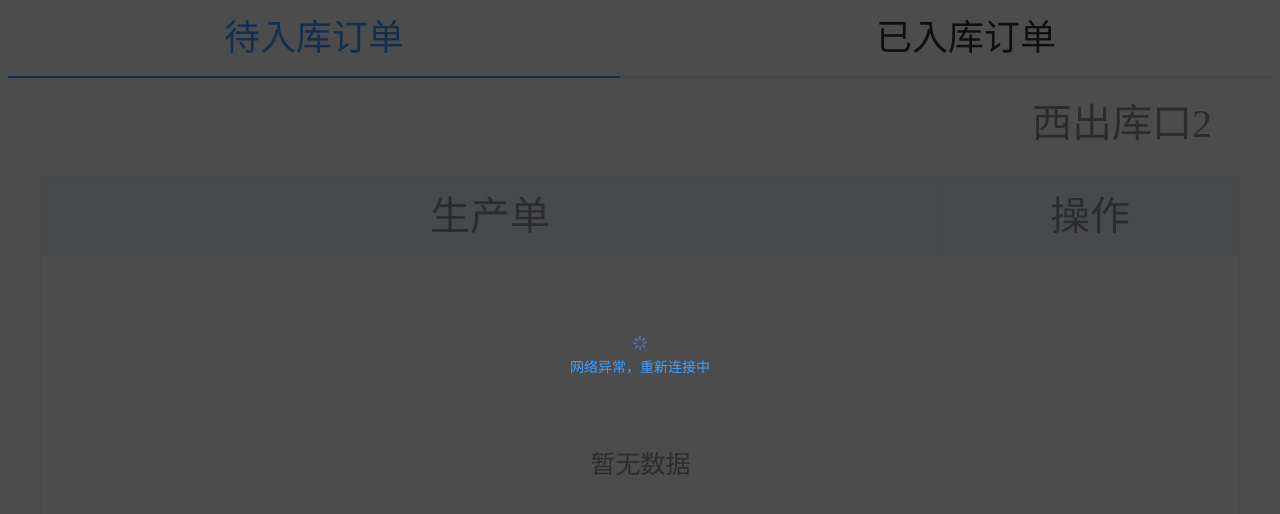
Repository: yaesass/yaesass
Page: /#/InStockDetail (app in scancode/)
These files come from the project's save history. The page is drawn as it stood at one moment and after the next save; the edit follows.
The browser window is 1280 px wide. The pictures show the whole page.
The page's requests for data from a server got no answer. The project was rebuilt for these pictures with package versions that can differ from the ones it lists, and the page was loaded fresh each time. No one was signed in, and anything a server would have sent is missing. Also part of the build but not shown: scancode/vue.config.js.

Above is the page before, as saved 2022-06-30 17:36:44.

After the next save:
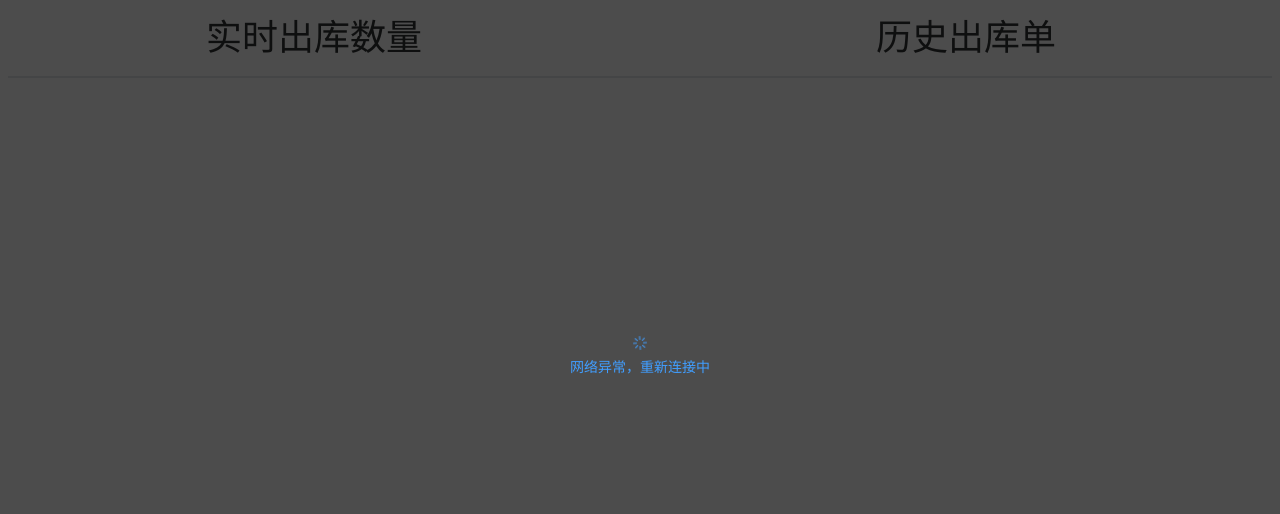
Saved 2 min 30 s later.
--- a/scancode/src/views/OutStock.vue
+++ b/scancode/src/views/OutStock.vue
@@ -1,9 +1,41 @@
 <template>
   <el-tabs v-model="activeName" @tab-click="handleClick">
-    <el-tab-pane label="待入库订单" class="counttable" name="待入库订单">
-      <div class="count">
-        <div class="counttxt">{{ Remarks }}</div>
+    <el-tab-pane label="实时出库数量" class="counttable" name="实时出库数量">
+      <div v-if="outcountkey" class="out" @click="AddOrderOut()">
+        <div class="btntxt">生成出库单</div>
       </div>
+      <div v-else>
+        <el-table
+          :data="list"
+          border
+          :header-cell-style="{
+            background: '#F3F4F7',
+            color: '#555',
+            height: '97px',
+          }"
+          :cell-style="{ padding: '0px' }"
+          :row-style="{ height: '97px' }"
+          style="font-size: 50px; width: 910px; margin: 0 auto"
+          ref="table"
+          height="450"
+        >
+          <el-table-column label="商品名称" style="heihgt: 97px" v-if="outkey">
+            <template slot-scope="scope">
+              <span v-html="scope.row.name"></span>
+            </template>
+          </el-table-column>
+          <el-table-column align="center" label="数量" width="323">
+            <template slot-scope="scope">
+              <div style="color: red">{{ scope.row.num }}</div>
+            </template>
+          </el-table-column>
+        </el-table>
+        <div class="zero" @click="zero()">
+          <div class="btntxt">完成出库</div>
+        </div>
+      </div>
+    </el-tab-pane>
+    <el-tab-pane label="历史出库单" class="counttable" name="历史出库单">
       <el-table
         :data="tableData"
         border
@@ -13,61 +45,18 @@
           color: '#909399',
           fontSize: '40px',
         }"
-        style="width: 95%; margin: 40px auto 0 auto; font-size: 25px"
+        style="width: 910px; margin: 40px auto; font-size: 25px"
         :cell-style="totalcellcolor"
-        height="500"
+        height="450"
         :row-style="{ height: '48px' }"
       >
-        <el-table-column align="center" label="生产单">
-          <template slot-scope="scope">
-            <span v-html="scope.row.product"></span>
-          </template>
+        <el-table-column align="center" prop="product" label="产品名称">
         </el-table-column>
-        <el-table-column align="center" label="操作" width="300px">
-          <template #default="{ row }">
-            <el-button
-              type="primary"
-              round
-              @click="ordercharge(row)"
-              style="font-size: 20px"
-            >
-              入库
-            </el-button>
-          </template>
+        <el-table-column align="center" prop="time" label="时间">
         </el-table-column>
-      </el-table>
-    </el-tab-pane>
-    <el-tab-pane label="已入库订单" class="counttable" name="已入库订单">
-      <el-table
-        :data="tableData"
-        border
-        :header-cell-style="{
-          background: '#F2F6FC',
-          height: '48px',
-          color: '#909399',
-          fontSize: '40px',
-        }"
-        style="width: 95%; margin: 20px auto 0 auto; font-size: 25px"
-        :cell-style="totalcellcolor"
-        height="550"
-        :row-style="{ height: '48px' }"
-      >
-        <el-table-column align="center" label="生产单">
-          <template slot-scope="scope">
-            <span v-html="scope.row.product"></span>
-          </template>
+        <el-table-column align="center" prop="num" label="出库数量">
         </el-table-column>
-        <el-table-column
-          align="center"
-          prop="RealQuantity"
-          label="数量"
-          width="250px"
-        >
-        </el-table-column>
-        <el-table-column align="center" label="时间" width="250px">
-          <template slot-scope="scope">
-            <span v-html="scope.row.WarehousingTime"></span>
-          </template>
+        <el-table-column align="center" prop="state" label="出库类型">
         </el-table-column>
       </el-table>
     </el-tab-pane>
